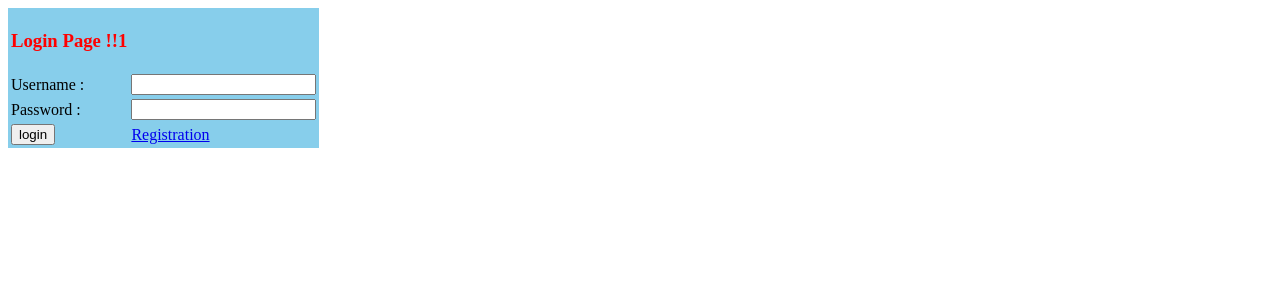
Repository: priyagund/jspServlet
Page: http://localhost/MyFirstLogin/login.jsp
The author's editor kept a copy of each file at every save. The page is drawn from the files as they stood at one save, then again after the next save.
The browser window is 1280 px wide. The pictures show the whole page.
The page is served by Tomcat 9. Other server files are loaded and not shown.

Above is the page before, as saved 2019-10-10 05:55:29.

### MyFirstLogin/WebContent/login.jsp
<%@ page language="java" contentType="text/html; charset=UTF-8"
	pageEncoding="UTF-8"%>
<!DOCTYPE html>
<html>
<head>
<meta charset="UTF-8">
<title>Insert title here</title>
</head>
<body>
	<form action="login" method="post">
	<table  style = "background-color: skyblue; margin-left=20px; margin-top=20px";>

		<tr>
			<td><h3 style="color: red">Login Page !!1 </h3></td>
		</tr>

		<tr>
			<td>Username :</td>
			<td><input type="text" name="name"></td>
		</tr>
		<tr>
			<td>Password :</td>
			<td><input type="password" name="password"></td>
		</tr>
		<tr>
			<td><input type="submit" name="submit" value="login"></td>
			<td><a href="register.jsp">Registration</a></td>
		</tr>
	</table>

	</form>
</body>
</html>

After the next save:
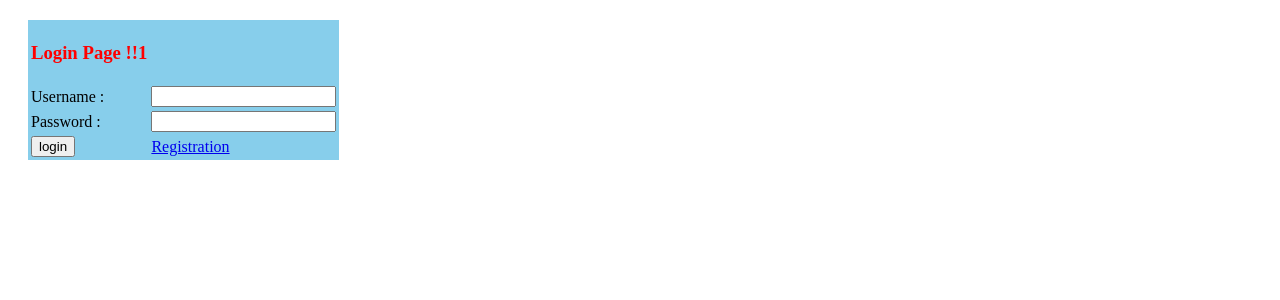
Saved 38 s later.
--- a/MyFirstLogin/WebContent/login.jsp
+++ b/MyFirstLogin/WebContent/login.jsp
@@ -8,7 +8,7 @@
 </head>
 <body>
 	<form action="login" method="post">
-	<table  style = "background-color: skyblue; margin-left=20px; margin-top=20px";>
+	<table  style = "background-color: skyblue; margin-left:20px; margin-top:20px;">
 
 		<tr>
 			<td><h3 style="color: red">Login Page !!1 </h3></td>
